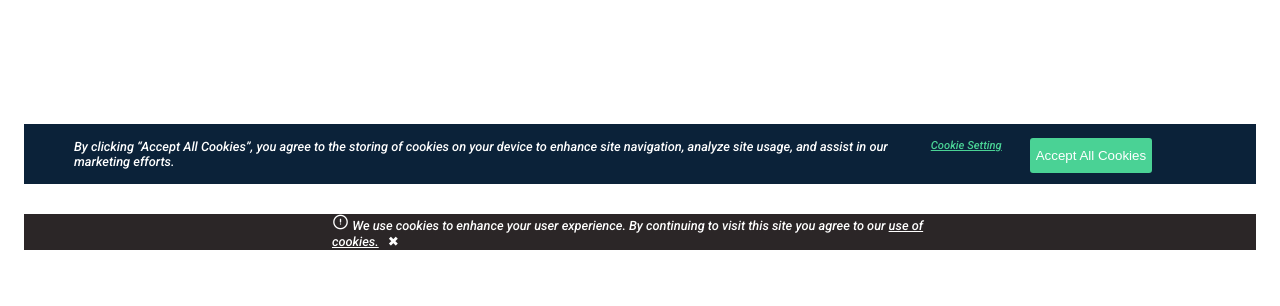
Repository: batonAnton/cursor_cookies_lectr3
Page: index.html
The author's editor kept a copy of each file at every save. The page is drawn from the files as they stood at one save, then again after the next save.
The browser window is 1280 px wide. The pictures show the whole page.

Above is the page before, as saved 2022-06-01 12:14:06.

After the next save:
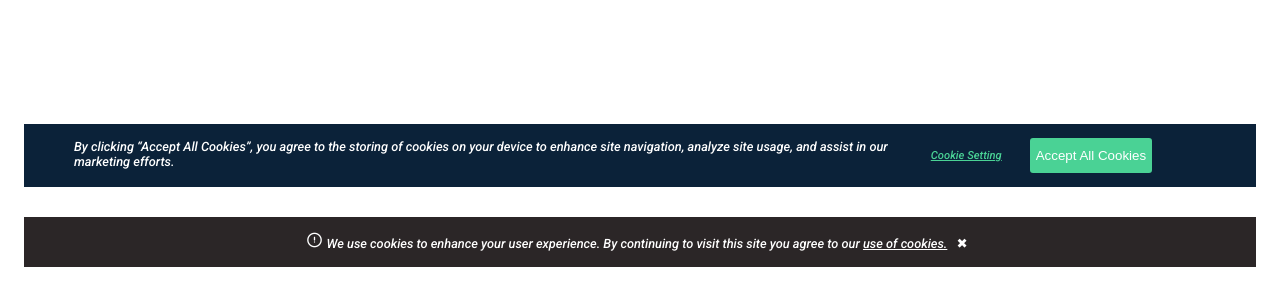
Saved 2 min 37 s later.
--- a/css/style.css
+++ b/css/style.css
@@ -19,7 +19,7 @@ p {
 
 .banner_1 a {
   color: #4ad295;
-  margin: 15px 28px;
+  margin: 25px 28px;
   font-size: 0.7rem;
   text-transform: capitalize;
 }
@@ -43,8 +43,7 @@ p {
 
 .banner_2 p {
   color: #ffffff;
-  margin: auto;
-  width: 50%;
+  margin: 15px auto;
 }
 
 .banner_2 button {
